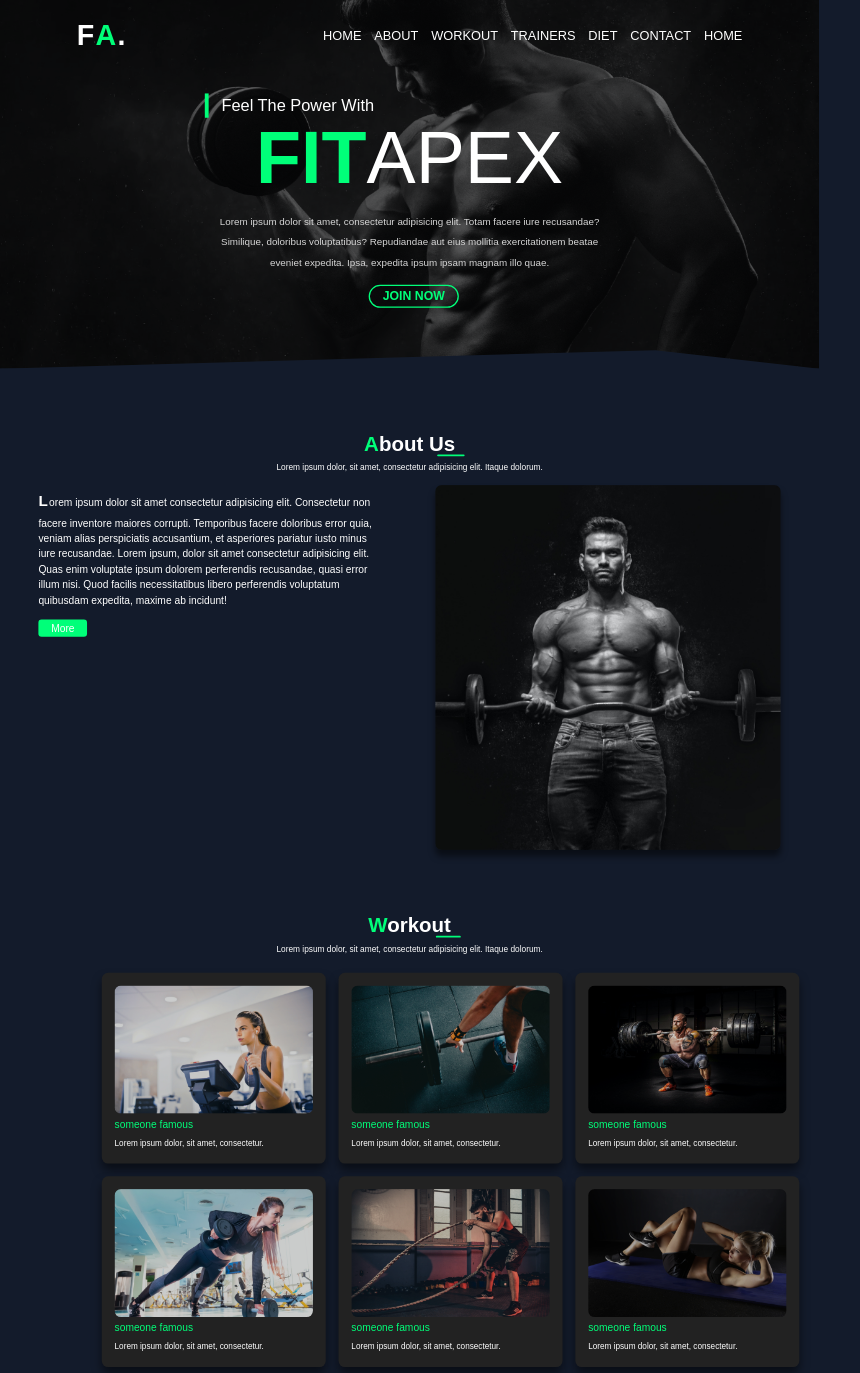
Repository: guilhermecardoso93/fitapex
Page: index.html
These files come from the project's save history. The page is drawn as it stood at one moment and after the next save; the edit follows.
The browser window is 1280 px wide. The page is 1344 px wide, then 1280 px, so the pictures cover 1344 px, including what lies to the right of the window. The pictures show the whole page, at 64% of full size.

Above is the page before, as saved 2023-03-07 20:39:59.

### index.html
<!DOCTYPE html>
<html lang="pr-BR">
  <head>
    <meta charset="UTF-8" />
    <meta http-equiv="X-UA-Compatible" content="IE=edge" />
    <meta name="viewport" content="width=device-width, initial-scale=1.0" />
    <link rel="stylesheet" href="styles.css" />
    <link
      rel="stylesheet"
      href="https://cdnjs.cloudflare.com/ajax/libs/font-awesome/4.7.0/css/font-awesome.css"
    />
    <title>F.A GYM</title>
  </head>
  <body>
    <div class="navbar">
      <a href="#" class="logo">F<b>A</b>.</a>
      <ol>
        <li>
          <a href="#home">home</a>
        </li>
        <li>
          <a href="#about">about</a>
        </li>
        <li>
          <a href="#workout">workout</a>
        </li>
        <li>
          <a href="#trainers">trainers</a>
        </li>
        <li>
          <a href="#diet">diet</a>
        </li>
        <li>
          <a href="#contact">contact</a>
        </li>
        <li>
          <a href="#home">home</a>
        </li>
      </ol>
    </div>

    <section id="home" class="home view">
      <div class="highlights">
        <h3>feel the power with</h3>
        <h1><b>FIT</b>APEX</h1><br>
        <p class="tagline">
          Lorem ipsum dolor sit amet, consectetur adipisicing elit. Totam facere iure recusandae? Similique, doloribus voluptatibus? Repudiandae aut eius mollitia exercitationem beatae eveniet expedita. Ipsa, expedita ipsum ipsam magnam illo quae.
        </p>
        <button class="join">join now</button>
      </div>
      <div class="banner"/>
    </section>

    <section id="about" class="about view">
      <div class="main">
        <h2><span>A</span>bout Us</h2>
        <h6>Lorem ipsum dolor, sit amet, consectetur adipisicing elit. Itaque dolorum.</h6>
      </div>
      <div class="content">
        <div class="cols">
          <p><b>L</b>orem ipsum dolor sit amet consectetur adipisicing elit. Consectetur non facere inventore maiores corrupti. Temporibus facere doloribus error quia, veniam alias perspiciatis accusantium, et asperiores pariatur iusto minus iure recusandae. Lorem ipsum, dolor sit amet consectetur adipisicing elit. Quas enim voluptate ipsum dolorem perferendis recusandae, quasi error illum nisi. Quod facilis necessitatibus libero perferendis voluptatum quibusdam expedita, maxime ab incidunt! </p>
          <a href="#">more</a>
        </div>
        <div class="cols">
          <div class="box">
            <img src="./assets/about.jpg" alt="">
          </div>
        </div>
      </div>
    </section>

    <section id="workout" class="workout view">
      <div class="main">
        <h2><span>W</span>orkout</h2>
        <h6>Lorem ipsum dolor, sit amet, consectetur adipisicing elit. Itaque dolorum.</h6>
      </div>
      <div class="content">
        <div class="frame">
          <div class="box">
            <img src="./assets/workout1.jpg" alt="" >
          </div>
          <div class="title">someone famous</div>
          <p>Lorem ipsum dolor, sit amet, consectetur.</p>
        </div>
        <div class="frame">
          <div class="box">
            <img src="./assets/workout2.jpg" alt="" >
          </div>
          <div class="title">someone famous</div>
          <p>Lorem ipsum dolor, sit amet, consectetur.</p>
        </div>
        <div class="frame">
          <div class="box">
            <img src="./assets/workout3.jpg" alt="" >
          </div>
          <div class="title">someone famous</div>
          <p>Lorem ipsum dolor, sit amet, consectetur.</p>
        </div>
        <div class="frame">
          <div class="box">
            <img src="./assets/workout4.jpg" alt="" >
          </div>
          <div class="title">someone famous</div>
          <p>Lorem ipsum dolor, sit amet, consectetur.</p>
        </div>
        <div class="frame">
          <div class="box">
            <img src="./assets/workout5.jpg" alt="" >
          </div>
          <div class="title">someone famous</div>
          <p>Lorem ipsum dolor, sit amet, consectetur.</p>
        </div>
        <div class="frame">
          <div class="box">
            <img src="./assets/workout6.jpg" alt="" >
          </div>
          <div class="title">someone famous</div>
          <p>Lorem ipsum dolor, sit amet, consectetur.</p>
        </div>
      </div>
    </section>
  </body>
</html>

### styles.css
@import url("https://fonts.googleapis.com/css2?family=Poppins:wght@400;500&display=swap");

@import "./css/_navbar.css";
@import "./css/_home.css";
@import "./css/_about.css";
@import "./css/_workout.css";

* {
  margin: 0;
  padding: 0;
  box-sizing: border-box;
  font-family: "Poppisns", sans-serif;
  outline: none;
  color: #fff;

}

:root {
  --prime: #00ff79;
}

body {
  background-color: #131b2b;
}


.view {
  width: 100%;
  min-height: 80vh;
  position: relative;
}

### css/_navbar.css

.navbar {
  width: 100%;
  display: flex;
  position: fixed;
  padding: 30px 120px;
  background-color: transparent;
  justify-content: space-between;
  z-index: 1111;
  transition: 0.5s ease;
}

.logo {
  font-size: 2.8em;
  font-weight: 800;
  letter-spacing: 2px;
  text-transform: uppercase;
  text-decoration: none;
}

.logo B{
  color: var(--prime);
}

ol {
  display: flex;
  margin: auto 0;
}

ol li {
  list-style: none;
  margin-left: 20px;
}

ol li a {
  font-size: 20px;
  font-weight:500;
  text-transform: uppercase;
  text-decoration: none;
}

ol li:hover a {
  color: var(--prime);
}

### css/_home.css
.home {
  display: flex;
  min-height: 120vh;
  align-items: center;
  justify-content: center;
  clip-path: polygon(0 0, 100% 0, 100% 100%, 80% 95%, 0 100%);
}

.banner {
  height: 100%;
  width: 100%;
  position: absolute;
  background: url("../assets/banner.jpg");
  background-size: cover;
  background-position: center;
  filter: brightness(40%);
}

.highlights {
  width: 50%;
  position: relative;
  display: inline-block;
  justify-content: center;
  z-index: 11;
}

.highlights h3 {
  display: inline;
  font-size: 2vw;
  padding: 5px 20px;
  font-weight: lighter;
  text-transform: capitalize;
  border-left: 6px solid var(--prime);
}

.highlights h1 {
  font-size: 9vw;
  text-align: center;
  font-weight: normal;
}

.highlights b {
  color: var(--prime);
  font-weight: 800;
  font-family: sans-serif;
}

.highlights .tagline {
  color: #d7d7d7;
  font-size: 1.2vw;
  text-align: center;
  font-weight: normal;
  line-height: 32px;
}

.highlights .join {
  position: absolute;
  left: 40%;
  margin-top: 1.2rem;
  padding: 5px 20px;

  transform: tanslateX(-500%);
  font-weight: 800;
  font-size: 1.5vw;
  text-transform: uppercase;

  color: var(--prime);
  border: 2px solid var(--prime);
  border-radius: 50px;
  background: transparent;

  transition: 0.3s ease;
}

.highlights .join:hover {
  color: #fff;
  cursor: pointer;
  letter-spacing: 1.5px;
  background: var(--prime);
}

### css/_about.css
.main {
  width: 100%;
  text-align: center;
  padding-bottom: 20px;
  -webkit-font-smoothing: antialiased;
  -moz-osx-font-smoothing: grayscale;

}

.main h2 {
  font-size: 2.5vw;
  position: relative;
  text-align: center;
  padding-top: 100px;
  display: inline-block;
}

span {
  color: var(--prime);
}

.main h2:before {
  position: absolute;
  content: "";
  background: var(--prime);
  height: 3px;
  width: 30%;
  right: -15px;
  bottom: 0;
  border-radius: 50px;
}

.main h6 {
  margin-top: 10px;
  font-size: 13px;
  font-family: sans-serif;
  font-weight: lighter;
}

.content {
  position: relative;
  display: flex;
  width: 100%;
  padding: 0 20px;
  justify-content: center;
  line-height: 1.5em;
}

.about .content .cols {
  position: relative;
  width: 100%;
  height: 100%;
  padding: 0px 40px;
}

.about .content .cols p b {
  font-size: 24px;
  margin-right: 2px;
  line-height: 2;
}

.about .content .cols a {
  position: relative;
  top: 20px;
  color: #fff;
  background-color: var(--prime);
  padding: 5px 20px;
  border-radius: 5px;
  text-decoration: none;
  text-weight: 500;
  text-transform: capitalize;
}

.about .content .cols a:hover {
  color: #000;
  background: #fff;
}

.about .content .cols .box {
  position: relative;
  height: 570px;
  box-shadow: 0 10px 10px rgba(0, 0, 0, 0.5);
  border-radius: 10px;
}

.about .content .cols .box img {
  position: absolute;
  top: 0;
  left: 0;
  height: 100%;
  width: 100%;
  object-fit: cover;
  border-radius: 10px;
}

### css/_workout.css
.workout .content {
  flex-wrap: wrap;
  margin: 0  4rem;
}

.workout .content .frame {
  position: relative;
  width: 350px;
  padding: 20px;
  margin: 10px;
  background: #222;
  box-shadow: 0 10px 15px rgba(0,0,0,0.5);
  border-radius: 10px;

}

.workout .content .frame .box {
  position: relative;
  height: 200px;
  width: 100%;
  overflow: hidden;
  border-radius: 10px;
}

.workout .content .frame .box img {
  position: absolute;
  height: 100%;
  width: 100%;
  object-fit: cover;
  filter: brightness(80%);
  transition: 0.2s ease-in ;
}

.workout .content .frame .box:hover img {
  filter: brightness(100%);
  transform: scale(1.08) ;
}

.workout .content .frame .title {
  color: var(--prime);
  padding: 5px 0;
}

.workout .content .frame p {
  font-size: 0.8rem;
}

After the next save:
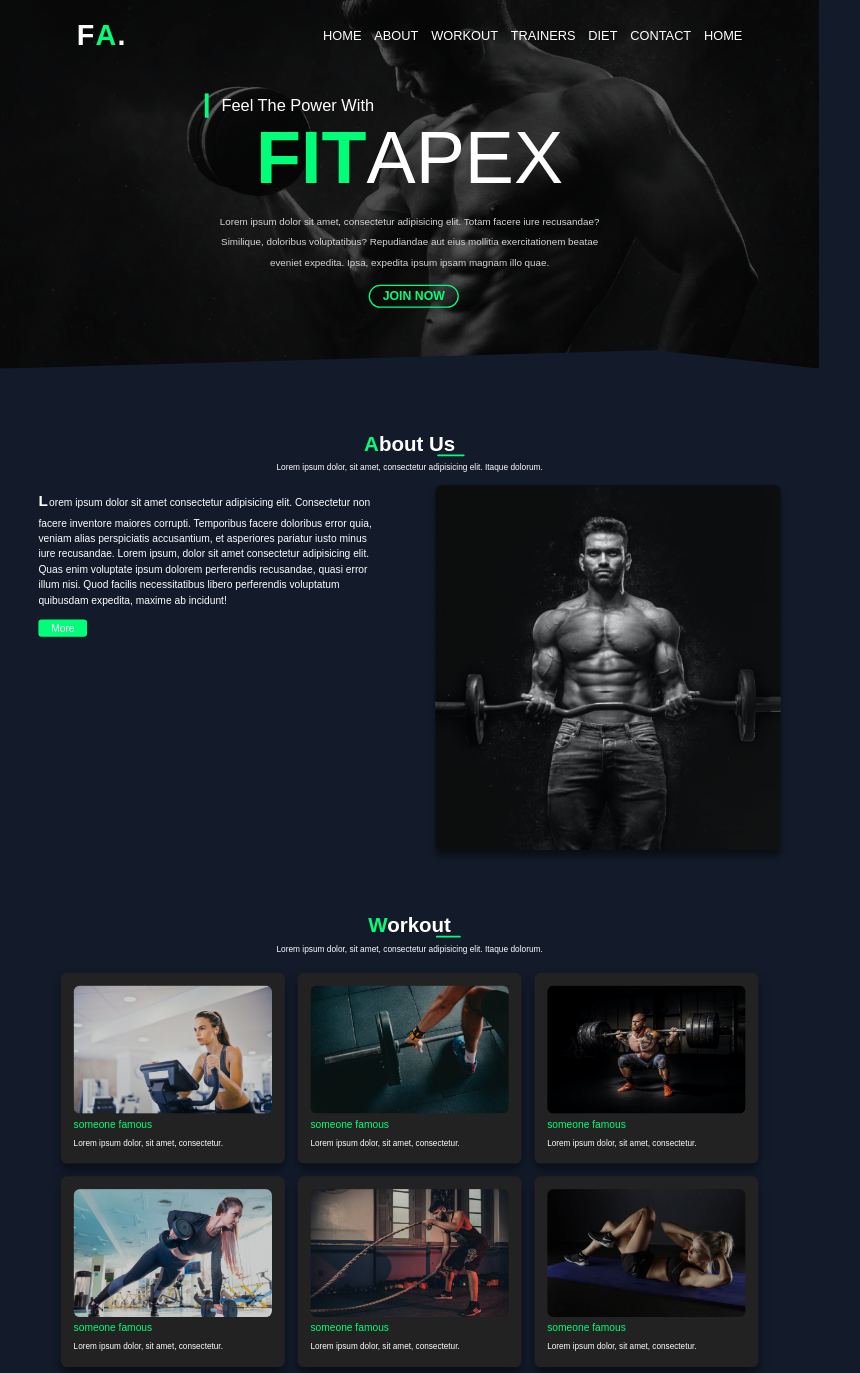
Saved 7 s later.
--- a/css/_workout.css
+++ b/css/_workout.css
@@ -1,6 +1,5 @@
 .workout .content {
   flex-wrap: wrap;
-  margin: 0  4rem;
 }
 
 .workout .content .frame {
